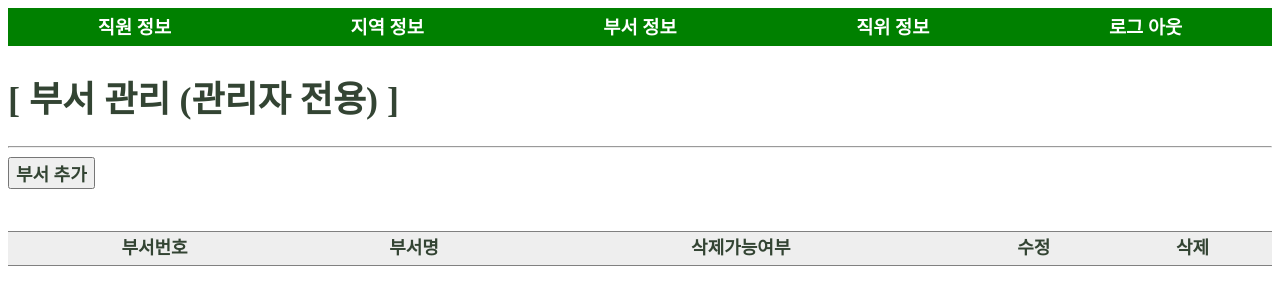
Repository: youngsik0405/SpringMVC
Page: http://localhost/mvc04/WEB-INF/view/DepList.jsp
The author's editor kept a copy of each file at every save. The page is drawn from the files as they stood at one save, then again after the next save.
The browser window is 1280 px wide. The pictures show the whole page.
The page is served by Tomcat 9. Nobody is signed in. The template is opened directly, without the code that normally fills it, so the values that code supplies are empty.

Above is the page before, as saved 2025-02-26 07:32:45.

### mvc04/WebContent/WEB-INF/view/DepList.jsp
<%@ page contentType="text/html; charset=UTF-8"%>
<%@ taglib prefix="c" uri="http://java.sun.com/jsp/jstl/core"%>
<%
	request.setCharacterEncoding("UTF-8");
	String cp = request.getContextPath();
%>
<!DOCTYPE html>
<html>
<head>
<meta charset="UTF-8">
<title>DepList.jsp</title>
<link rel="stylesheet" type="text/css" href="<%=cp %>/css/main.css">
<script type="text/javascript" src="http://code.jquery.com/jquery.min.js"></script>
<script type="text/javascript">

	$(function()
	{
		$(".updateBtn").click(function()
		{
			//alert("수정 확인!!");

			$(location).attr("href", "departmentupdateform.action?departmentId=" + $(this).val());
		});

		$(".deleteBtn").click(function()
		{
			//alert("삭제 확인!!!");

			if (confirm("현재 선택한 데이터를 정말 삭제하시겠습니까?"))
			{
				$(location).attr("href", "departmentdelete.action?departmentId=" + $(this).val());
			}
		});
	});


</script>
</head>
<body>

<!----------------------------------------------
  #34. DepList.jsp
  - 일반 직원이 접근하는 부서 데이터 출력 페이지
------------------------------------------------>

<div>
	<!-- 메뉴 영역 -->
	<div>
		<c:import url="EmployeeMenu.jsp"></c:import>
	</div>

	<!-- 콘텐츠 영역 -->
	<div id="content">
		<h1>[ 부서 관리 (관리자 전용) ]</h1>
		<hr>

		<div>
			<form action="">
				<input type="button" class="btn" value="부서 추가"
				onclick="location.href='departmentinsertform.action'">
			</form>
		</div>
		<br><br>

		<table id="department" class="table">
			<tr>
				<th>부서번호</th>
				<th>부서명</th>
				<th>삭제가능여부</th>
				<th>수정</th>
				<th>삭제</th>
			</tr>

			<c:forEach var="department" items="${departmentList }">
			<tr>
				<td>${department.departmentId }</td>
				<td>${department.departmentName }</td>
				<td>${department.delCheck > 0 ? "삭제 불가능" : "삭제 가능" }</td>

				<td>
					<button type="button" class="btn updateBtn"
					value="${department.departmentId }">수정</button>
				</td>
				<td>
					<button type="button" class="btn deleteBtn"
					value="${department.departmentId }">삭제</button>
				</td>
			</tr>
			</c:forEach>


		</table>
	</div>

	<!-- 회사 소개 및 어플리케이션 소개 영역 -->
	<div id="footer">
	</div>

</div>


</body>
</html>

### mvc04/WebContent/WEB-INF/view/EmployeeMenu.jsp
<%@ page contentType="text/html; charset=UTF-8"%>
<%@ taglib prefix="c" uri="http://java.sun.com/jsp/jstl/core"%>
<%
	request.setCharacterEncoding("UTF-8");
	String cp = request.getContextPath();
%>
<!DOCTYPE html>
<html>
<head>
<meta charset="UTF-8">
<title>EmployeeMenu.jsp</title>
<link rel="stylesheet" type="text/css" href="<%=cp %>/css/menuStyle.css">
</head>
<body>

<!-------------------------
  #13. EmployeeMenu.jsp
  - 메인 메뉴 페이지 구성
-------------------------->

<!-- 확인 -->
<%--
<span>${sessionScope.admin==null ? "normal" : "admin" }</span>

--%>

<div id="menu">
	<ul>
		<c:choose>
			<c:when test="${sessionScope.admin==null }">
				<li>
					<a href="emplist.action" class="menu">직원 정보</a>
				</li>
				<li>
					<a href="reglist.action" class="menu">지역 정보</a>
				</li>
				<li>
					<a href="deplist.action" class="menu">부서 정보</a>
				</li>
				<li>
					<a href="poslist.action" class="menu">직위 정보</a>
				</li>
			</c:when>


			<c:otherwise>
				<li>
					<a href="employeelist.action" class="menu">직원 관리</a>
				</li>
				<li>
					<a href="regionlist.action" class="menu">지역 관리</a>
				</li>
				<li>
					<a href="departmentlist.action" class="menu">부서 관리</a>
				</li>
				<li>
					<a href="positionlist.action" class="menu">직위 관리</a>
				</li>
			</c:otherwise>
		</c:choose>


		<li>
			<a href="logout.action" class="menu">로그 아웃</a>
		</li>
	</ul>
</div>

</body>
</html>

### mvc04/WebContent/css/main.css
@charset "UTF-8";

/*======================
  #16. main.css
  - 메인 스타일 구성
=======================*/

*
{
	font-family: 맑은 고딕;
	color: #334433;
}

body, p, div, span, input, table, th, td, select
{
	font-size: 18px;
}

.control
{
	border: 1px solid gray;
	border-radius: 3px;
}

.table
{
	border-collapse: collapse;
	width: 100%;
}

.table th, .table td
{
	border: 1px solid gray;
	border-left: 0px;
	border-right: 0px;
	padding: 3px;
	line-height: 150%;
	text-align: center;
}

.table th
{
	font-weight: bold;
	background-color: #eeeeee;
}

.table td
{
	font-size: 12pt;
}

.btn
{
	cursor : pointer;
	font-weight: bold;
}

.btn:hover
{
	color: #ffffff;
	background-color: #008000;
}

### mvc04/WebContent/css/menuStyle.css
@charset "UTF-8";


/*
  #14. menuStyle.css
  - 메뉴 스타일 구성
*/

ul
{
	list-style-type: none;
	margin: 0px;
	padding: 0px;
	overflow: hidden;
}

li
{
	width: 20%;
	float: left;
}

a.menu:link, a.menu:visited
{
	display: block;
	font-weight: bold;
	color: #ffffff;
	background-color: #008000;
	text-align: center;
	padding: 4px;
	text-decoration: none;
	text-transform: uppercase;
	height: 30px;
	font-size: 14pt;
}


a.menu:hover, a.menu:active
{
	background-color: #ffffff;
	color: #008000;
	border: 2px solid #008000;
	border-radius: 5px;
	height: 26px;	/* 30-2-2 */
}

After the next save:
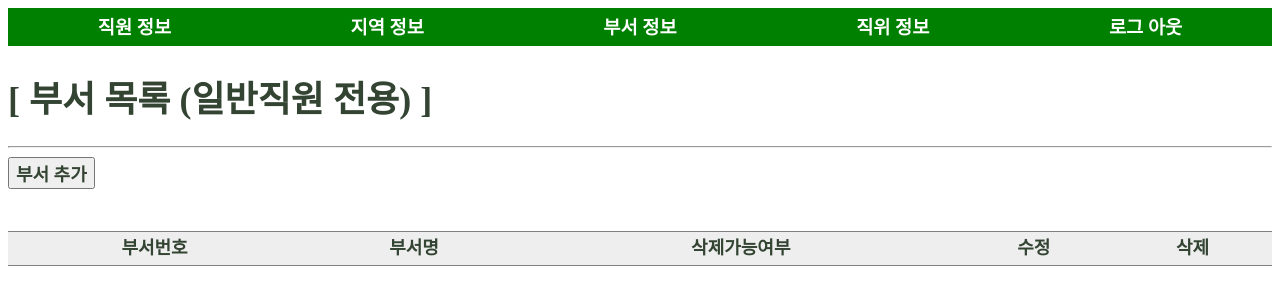
Saved 23 s later.
--- a/mvc04/WebContent/WEB-INF/view/DepList.jsp
+++ b/mvc04/WebContent/WEB-INF/view/DepList.jsp
@@ -51,7 +51,7 @@
 
 	<!-- 콘텐츠 영역 -->
 	<div id="content">
-		<h1>[ 부서 관리 (관리자 전용) ]</h1>
+		<h1>[ 부서 목록 (일반직원 전용) ]</h1>
 		<hr>
 
 		<div>
